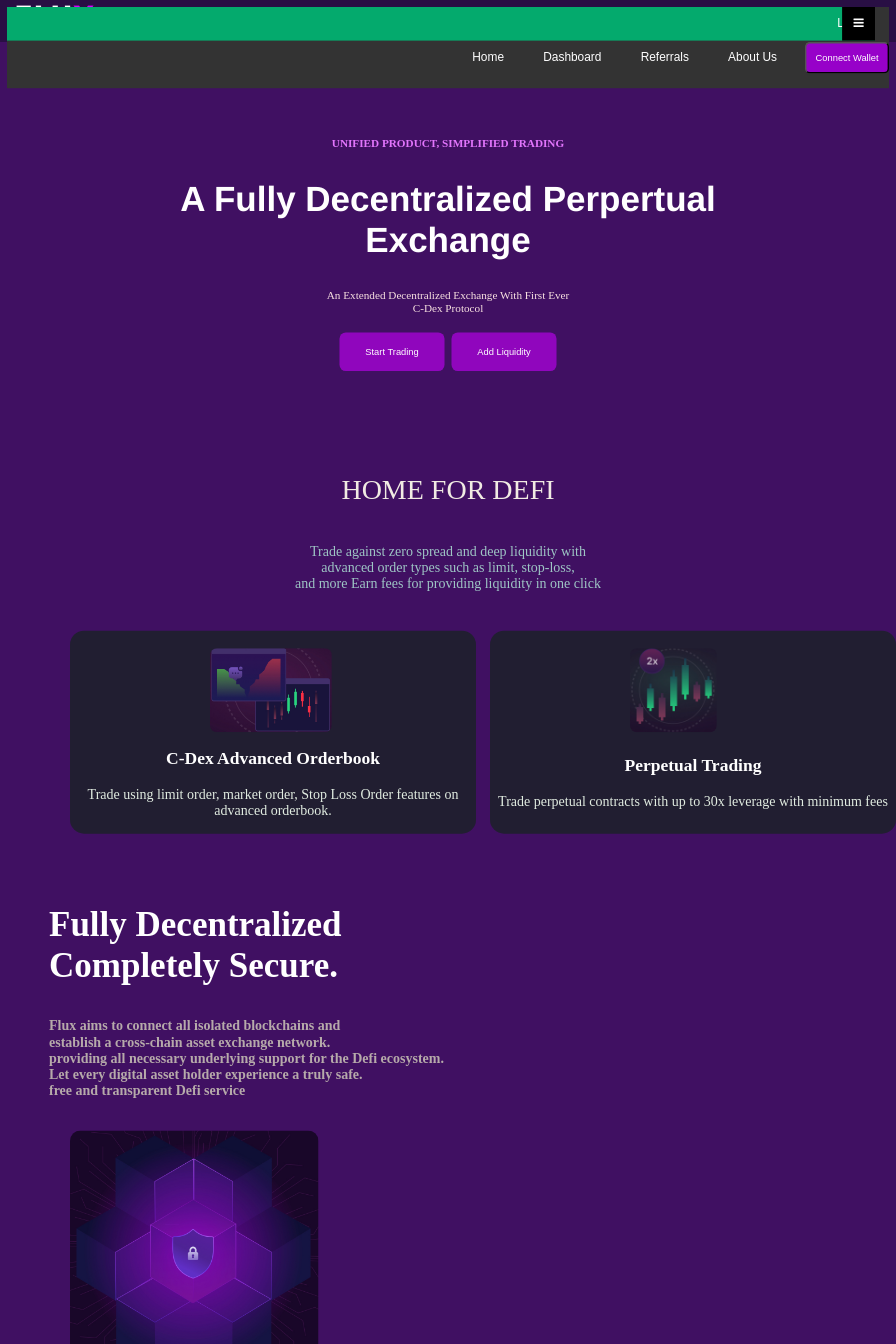
Repository: Tobby004/Flux-figma
Page: index.html
The author's editor kept a copy of each file at every save. The page is drawn from the files as they stood at one save, then again after the next save.
The browser window is 1280 px wide. The pictures show the part of the page from y = 0 to 1920 px (the page is 3219 px tall), at 70% of full size.

Above is the page before, as saved 2023-04-29 03:55:41.

### index.html
<!DOCTYPE html>
<html lang="en">
<head>
    <meta charset="UTF-8">
    <meta http-equiv="X-UA-Compatible" content="IE=edge">
    <meta name="viewport" content="width=device-width, initial-scale=1.0">
    <title>Flux Template</title>
    <link rel="stylesheet" href="style.css">
    <link rel="stylesheet" href="https://cdnjs.cloudflare.com/ajax/libs/font-awesome/4.7.0/css/font-awesome.min.css">
</head>
<body>
    <header>
        <b>FLU<a>X</a></b>
    </header>
   <nav>

    <ul>
        <div class="topnav">
            <a href="#home" class="active">Logo</a>
        <li><a href="#">Home</a></li>
        <li><a href="#">Dashboard</a></li>
        <li><a href="#">Referrals</a></li>
        <li><a href="#">About Us</a></li>
        <button>Connect Wallet</button>
    <a href="javascript:void(0);" class="icon" onclick="myFunction()">
        <i class="fa fa-bars"></i>
      </a>
      <ul></ul>
   </nav>
    <br><br>
    <h4>UNIFIED PRODUCT, SIMPLIFIED TRADING</h4>
    <h2> A Fully Decentralized Perpertual <br>Exchange </h2>
    <p>An Extended Decentralized Exchange With First Ever <br>C-Dex Protocol</p>
    <div class="button">
        <input type="button" value="Start Trading">
        <input type="button" value="Add Liquidity">
    </div>
<br>
<br>
<div class="section1">
    <h4>HOME FOR DEFI</h4>
    <p>Trade against zero spread and deep liquidity with<br> advanced order types such as limit, stop-loss,<br> and more Earn fees for providing liquidity in one click</p>
</div>
<br><br>
<div class="box">
    <div class="box1">
       <img src="img1.jpg">
  <h3>C-Dex Advanced Orderbook</h3>
  <p>Trade using limit order, market order, Stop Loss Order features on <br>advanced orderbook.</p>
    </div>
    <div class="box2">
        <img src="img2.jpg">
        <h3>Perpetual Trading</h3>
        <p>Trade perpetual contracts with up to 30x leverage with minimum fees</p>
    </div>
</div>
<section>
    <h1>Fully Decentralized <br>Completely Secure.</h1>
    <h6>Flux aims to connect all isolated blockchains and <br>establish a cross-chain asset exchange network.<br>providing all necessary underlying support for the Defi ecosystem.<br> Let every digital asset holder experience a truly safe.<br>free and transparent Defi service</h6>
    <img src="IMG3.jpg">
</section>
    <checkbox>
       <a><ion-icon name="checkmark-circle"></ion-icon>Built by experienced blockchain Developers</i></a>
       <a><ion-icon name="checkmark-circle"></ion-icon>Regular review and testing of platform</a>
       <a><ion-icon name="checkmark-circle"></ion-icon>Non-custodial and secured</a>
       </checkbox>
    <h1>Take Full Advantage of Everything <br>Layer 2 Has to Offer</h1>
    <checkbox>
        <a><ion-icon name="checkmark-circle"></ion-icon>Say goodbye to high gas fees</a>
        <a><ion-icon name="checkmark-circle"></ion-icon>Execute your trades instantly</a>
        <a><ion-icon name="checkmark-circle"></ion-icon>Trade from any device</a>
        <a><ion-icon name="checkmark-circle"></ion-icon>Stay completely secure with optimistic rollups</a>
        <a><ion-icon name="checkmark-circle"></ion-icon>Gain leveraged exposure on limitless assets</a>
    </checkbox>
   <div class="boxing">
    <div class="box3">
        <img src="img5.jpg">
        <h3>C-Dex Advanced Orderbook</h3>
        <p>User buy and sell crypto directly to / from the <br>self custodial wallet of their choice. No Deposits, only. direct crypto-flat transfers</p>
    </div>
   </div>
    <div class="container">
        <h1>FLU<b>X<b/></h1>
        <ul>
        <li><a href="#">Getting started</a></li>
        <li><a href="#">Support</a></li>
        <li><a href="#">FAQ</a></li>
        <li><a href="#">Terms Of Service</a></li>
     <icon1>
    <ion-icon name="logo-twitter"></ion-icon>
    <ion-icon name="logo-facebook"></ion-icon>
    <ion-icon name="logo-instagram"></ion-icon>
    </icon>
    <li><p>Copright 2023 Flux.All Rights Reserved</p></li>
</ul>
</div>
</body>
<script type="module" src="https://unpkg.com/ionicons@7.1.0/dist/ionicons/ionicons.esm.js"></script>
<script src="nav.js"></script>
</html>

### style.css
*{
    box-sizing: border-box;
}
body {
    margin: 0;
    padding: 0;
    background-color: rgb(64, 16, 98);
}
nav {
    background-color: rgb(41, 15, 68);
    height: 60px;
}
nav ul {
    margin: auto;
    text-align: end;
    padding: 10px;
}
nav li {
display: inline-block;
}
header b {
    font-family: Verdana, Geneva, Tahoma, sans-serif;
    color: white;
    position: absolute;
    margin-left: 20px;
    font-size: 40px;
}
header b:hover{
    transition: all 2s;
    color: black;
    background: rgb(164, 149, 89);
}
header b a{
    color: rgb(218, 0, 255);
}
nav a {
    text-decoration: none;
    padding: 10px;
    color: white;
    font-family: Arial, Helvetica, sans-serif;
    font-size: 20px;
    margin-right: 20px;
}

button{
    padding: 13px;
    background:rgb(151, 1, 201);
    border-radius: 7px;
    color: white;
}
h4 {
    margin-top: 100px;
    text-align: center;
    color: rgb(226, 117,252);
}
h2 {
    text-align: center;
    font-size: 50px;
    font: 600px;
    font-family: 'Franklin Gothic Medium', 'Arial Narrow', Arial, sans-serif;
    color: white;
}
p {
    text-align: center;
    color: rgb(248, 225, 225);
}
.button {
    display: flex;
    padding: 10px;
    gap: 10px;
    justify-content: center;
}
input[type="button"]{
    padding: 20px;
    width: 150px;
    border-radius: 9px;
    border: none;
    color: white;
    background-color: rgb(144, 6, 189);
}
 div h4 {
    color: rgb(241, 235, 227);
    font-size: 40px;
    font-weight: lighter;

}
 div p {
    color: rgb(158, 197, 197);
    font-size: 20px;
    font-weight: lighter;
}
.box {
    margin: auto;
    display: flex;
    gap: 20px;
    margin-left: 100px;
}
.box1{
    height: 290px;
    width: 580px;
    background-color: rgb(33, 30, 49);
    border-radius: 20px;
}
.box1 h3 {
    text-align: center;
    color: white;
    font-size: 25px;
    margin-top: 20px;
}
.box1 p {
    text-align: center;
    color: rgb(225, 236, 225);
}
.box1 img{
    margin-top: 25px;
    height: 120px;
    border-radius: 10px;
   margin-left: 200px;
}
.box2 {
    height: 290px;
    width: 580px;
    background-color: rgb(33, 30, 49);
    border-radius: 20px;
}
.box2 h3{
    text-align: center;
    font-size: 25px;
    color: white;
    margin-top: 30px;
}
.box2 p {
    text-align: center;
    color: rgb(225, 236, 225);
}
.box2 img {
    margin-top: 25px;
    height: 120px;
    border-radius: 10px;
   margin-left: 200px;
}
section h1 {
    margin-left: 70px;
    color: white;
    font-size: 50px;
    margin-top: 100px;
}
section img{
    height: 350px;
    border-radius: 15px;
    border: none;
   margin-left: 100px;
   margin-bottom: 50px;

}
section h6 {
    color: rgb(182, 170, 170);
    font-size: 20px;
    margin-left: 70px;
}

checkbox a {
    display: block;
    font-size: 20px;
    position: relative;
    color: white;
    margin-left: 70px;
}

h1 {
    color: white;
    font-size: 50px;
    margin-top: 50px;
    margin-left: 70px;
}
.boxing{
    margin-top: 70px;
}
.box3 {
    margin-bottom: 300px;
    margin: auto;
    height: 320px;
    width: 980px;
    border-radius: 50px;
    border: none;
    background: rgb(33, 30, 49);
}
.box3 img {
  margin-top: 25px;
  height: 80px;
  margin-left: 400px;
  border-radius: 10px;
}
.box3 h3{
    text-align: center;
    color: white;
    font-size: 25px
}
.container{
    height: 390px;
    margin-right: auto;
    margin-left: auto;
    background: rgb(26, 7, 41);
}
.container h1 {
    margin-top: 20px;
    color: white;
    text-align: center;
    font-family: 'Segoe UI', Tahoma, Geneva, Verdana, sans-serif;
}
.container b {
    color: rgb(218, 0, 255);
    font-family: 'Segoe UI', Tahoma, Geneva, Verdana, sans-serif;
}
.container ul {
    margin: auto;
    text-align: center;

}
.container li {
    display: inline;
    text-align: center;
}
.container a {
    text-decoration: none;
    font-size: 20px;
    padding: 10px;
    color: rgb(163, 157, 221);
}
.container icon1 {
    display: flex;
    gap: 8px;
    margin-top: 20px;
    margin-left: 40px;
    color: rgb(163, 157, 221);
    font-size: 30px;
}
.container li p {
    color: rgb(163, 157, 221);
    font-size: 20px;
    margin-left: 50px;
}

.topnav {
    overflow: hidden;
    background-color: #333;
    position: relative;
  }
  .topnav #myLinks {
    display: none;
  }
  .topnav a {
    color: white;
    padding: 14px 16px;
    text-decoration: none;
    font-size: 17px;
    display: block;
  }
  .topnav a.icon {
    background: black;
    display: block;
    position: absolute;
    right: 0;
    top: 0;
  }
  .topnav a:hover {
    background-color: #ddd;
    color: black;
  }
  .active {
    background-color: #04AA6D;
    color: white;
  }







@media screen and (max-width:500px)
{
 h4 {
    font-size: 6px;
    text-align: center;
    font-weight: lighter;
 }
 h2 {
    font-size: 10px;
    text-align: center;

 }
 input[type="button"]{
    padding: 10px;
    display: flex;
    justify-content: center;
    width: 28%;
 }
div h4 {
    font-size: 20px;
    text-align: center;
    font-weight: bolder;
    margin-left: 20px;
    font-family: Georgia, 'Times New Roman', Times, serif;
}
p {
    font-size: 10px;
    text-align: center;
}
 div p {
    font-size: 10px;
    text-align: center;
    font-weight: bolder;
    margin-left: 20px;
 }
 .box {
    display: inline-block;
    margin-inline: 20px;
    gap: 30px;
    margin-left: auto;
    margin-right: auto;
 }
 .box1{
    margin-top: 30px;
    height: 220px;
    width: 75%;
    margin-left: 70px;
 }
 .box1 img {
    height: 70px;
    margin-left: 100px;
 }
 .box1 h3{
   font-size: 15px;
 }
 .box1 p{
    font-size: 10px;
 }
 .box2 {
    margin-top: 30px;
    height: 220px;
    width: 75%;
    margin-left: 70px;
 }
 .box2 img {
   height: 70px;
   margin-left: 100px;
 }
 .box2 h3 {
   font-size: 15px;
 }
 .box2 p {
   font-size: 10px;
 }
 section img {
    height: 130px;
    margin-left: 190px;
 }
 section h1 {
    margin-top: 20px;
    text-align: center;
    font-size: 20px;
    margin-top: 20px;
    margin-right: 30px;
 }
 section h6 {
    font-size: 15px;
    text-align: center;
    margin-right: 30px;
 }
 h1 {
    font-size: 25px;
    font-family: 'Franklin Gothic Medium', 'Arial Narrow', Arial, sans-serif;
    margin-left: 20px;
    text-align: center;
 }
 checkbox a {
    font-size: 15px;
    margin-top: 10px;
    text-align: center;
 }
 .box3 {
    height: 220px;
    width: 75%;
 }
.box3 img {
    height: 70px;
    margin-left: 105px;
}
.box3 h3 {
    font-size: 15px;
    text-align: center;
}
.box3 p{
font-size: 10px;
margin-left: 10px;
}
.container li a{
    display: block;
    font-weight: lighter;
    margin-bottom: 10px;
    font-size: 10px;
}
.container icon1{
    display: block;
    font-size: 20px;
}
.container li p {
    margin-right: 20px;
    font-size: 8px;
}

}

Loaded but not shown: nav.js (common file)

After the next save:
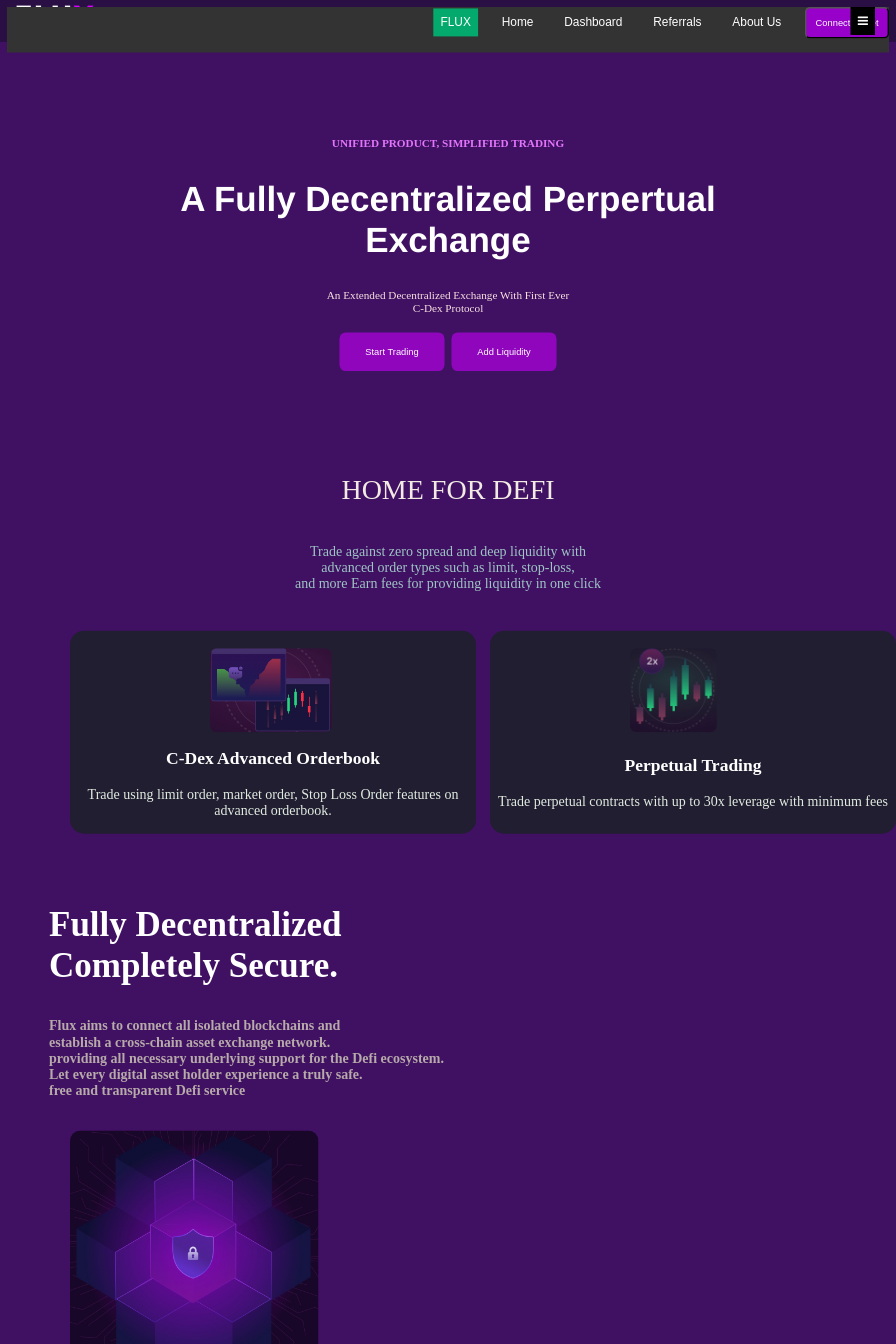
Saved 3 min 12 s later.
--- a/index.html
+++ b/index.html
@@ -13,10 +13,9 @@
         <b>FLU<a>X</a></b>
     </header>
    <nav>
-
     <ul>
         <div class="topnav">
-            <a href="#home" class="active">Logo</a>
+       <li><a href="#home" class="active">FLUX</a><li></li>
         <li><a href="#">Home</a></li>
         <li><a href="#">Dashboard</a></li>
         <li><a href="#">Referrals</a></li>
@@ -25,7 +24,8 @@
     <a href="javascript:void(0);" class="icon" onclick="myFunction()">
         <i class="fa fa-bars"></i>
       </a>
-      <ul></ul>
+      <ul>
+      </div>
    </nav>
     <br><br>
     <h4>UNIFIED PRODUCT, SIMPLIFIED TRADING</h4>
--- a/style.css
+++ b/style.css
@@ -251,7 +251,6 @@ h1 {
   }
   .topnav a {
     color: white;
-    padding: 14px 16px;
     text-decoration: none;
     font-size: 17px;
     display: block;
